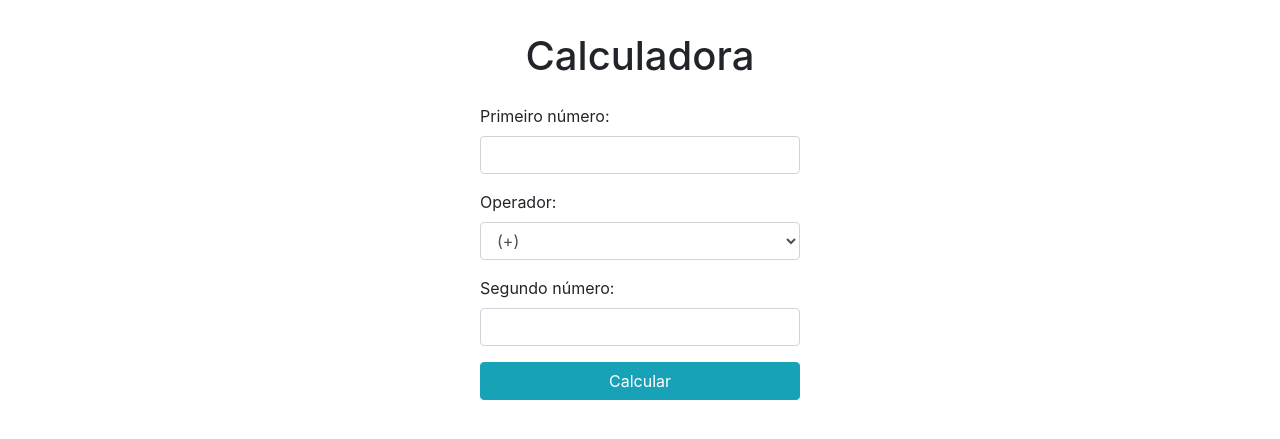
Repository: babirms/DAC
Page: Calculadora/WebContent/home.html
An editor plug-in stored every save of this project. The page is shown before and after the next save, followed by the edit.
The browser window is 1280 px wide. The pictures show the whole page.

Above is the page before, as saved 2020-09-20 23:34:34.
Console error (its wording comes from the project's code and is left out).

### Calculadora/WebContent/home.html
<!DOCTYPE html>
<html>
<head>
<meta charset="ISO-8859-1">
<title>Calculadora - Página Inicial</title>
<link href="bootstrap/css/bootstrap.min.css" rel="stylesheet"
	type="text/css" />
<script type="text/javascript" src="bootstrap/js/bootstrap.min.js"></script>
</head>
<body>
	<div class="d-flex flex-column align-items-center col-xs-8">
		<div class="container p-3" style="width: 352px;">
			<h1 class="p-3 text-center">Calculadora</h1>
			<form action="CalculadoraServlet" method="get">
				<div class="form-group">
					<label for="primeiroNum">Primeiro número: </label> <input
						type="number" class="form-control" name="primeiroValue"
						id="primeiroNum" required>
				</div>
				<div class="form-group">
					<label for="operacao">Operador: </label> <select
						class="form-control" id="operacao" name="operacao">
						<option value="+">(+)</option>
						<option value="-">(-)</option>
						<option value="x">(x)</option>
						<option value="/">(/)</option>
					</select>
				</div>
				<div class="form-group">
					<label for="segundoNum">Segundo número: </label> <input
						type="number" id="segundoNum" class="form-control"
						name="segundoValue" required>
				</div>
				<button class="btn btn-info btn-block" type="submit">Calcular</button>
			</form>
		</div>
	</div>
</body>
</html>

Loaded but not shown: Calculadora/WebContent/bootstrap/css/bootstrap.min.css (library); Calculadora/WebContent/bootstrap/js/bootstrap.min.js (library)

After the next save:
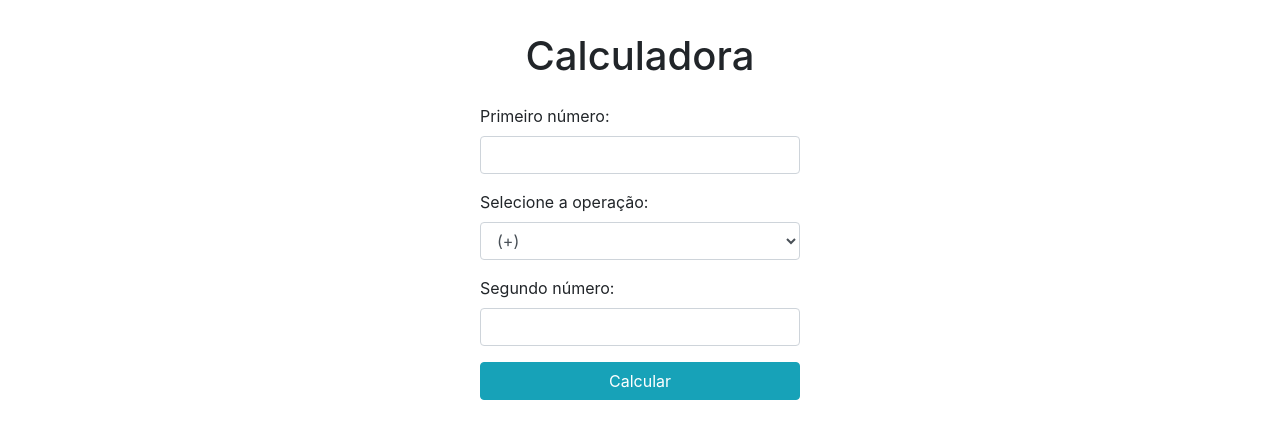
Saved 7 s later.
--- a/Calculadora/WebContent/home.html
+++ b/Calculadora/WebContent/home.html
@@ -18,7 +18,7 @@
 						id="primeiroNum" required>
 				</div>
 				<div class="form-group">
-					<label for="operacao">Operador: </label> <select
+					<label for="operacao">Selecione a operação: </label> <select
 						class="form-control" id="operacao" name="operacao">
 						<option value="+">(+)</option>
 						<option value="-">(-)</option>
